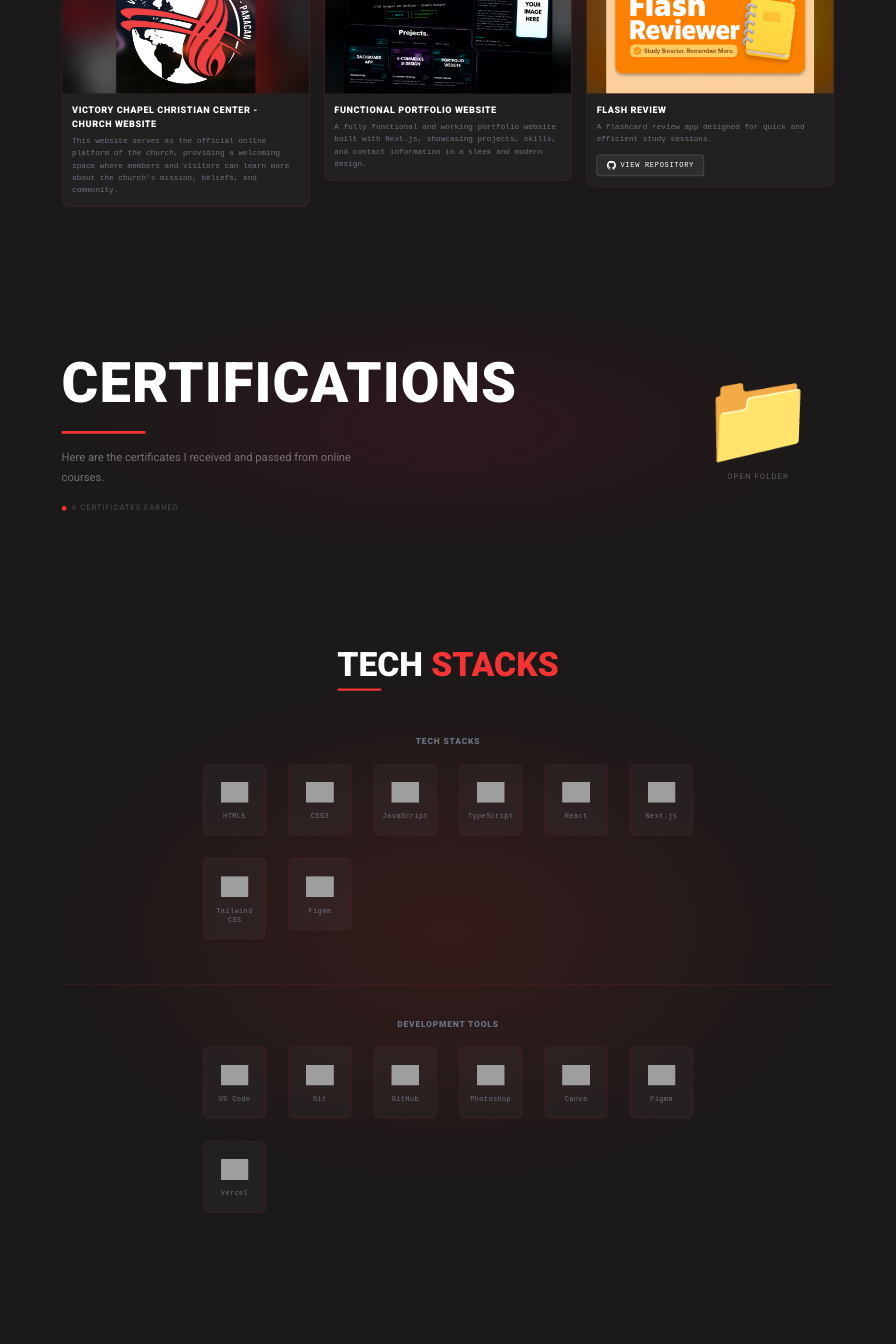
Repository: banbanny/my-portfolio
Page: /
The author's editor kept a copy of each file at every save. The page is drawn from the files as they stood at one save, then again after the next save.
The browser window is 1280 px wide. The pictures show the part of the page from y = 1834 to 3754 px (the page is 4275 px tall before and 4318 px after), at 70% of full size.
Pictures or frames that could not be fetched are drawn as grey boxes. The project was rebuilt for these pictures with package versions that can differ from the ones it lists, and the page was loaded fresh each time. The framework's server and built-in components were replaced by stand-ins that run in the browser. Also part of the build but not shown: next.config.js.

Above is the page before, as saved 2026-05-08 13:21:43.

After the next save:
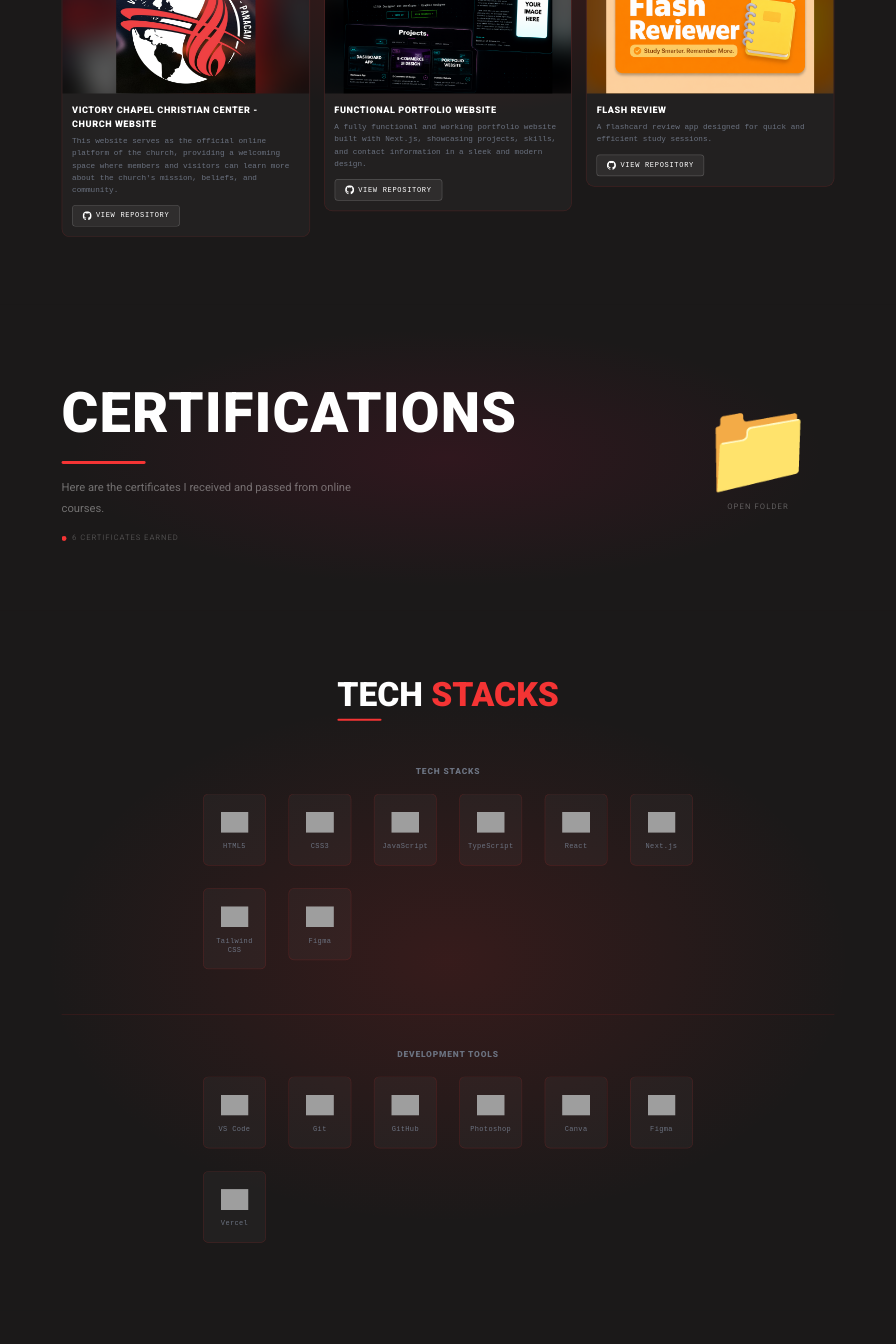
Saved 3 min 22 s later.
--- a/src/components/Projects.tsx
+++ b/src/components/Projects.tsx
@@ -222,7 +222,7 @@ function ProjectCard({ project, index }: { project: Project; index: number }) {
             <p style={{ fontSize:"11px", fontFamily:"monospace", color:"#6b7280", lineHeight:1.6, margin:0 }}>{project.description}</p>
 
             {/* View Repository button — only for app projects with a repo */}
-            {isApp && project.repo && (
+           {(isApp || project.type === "web") && project.repo && (
               <a
                 href={project.repo}
                 target="_blank"
